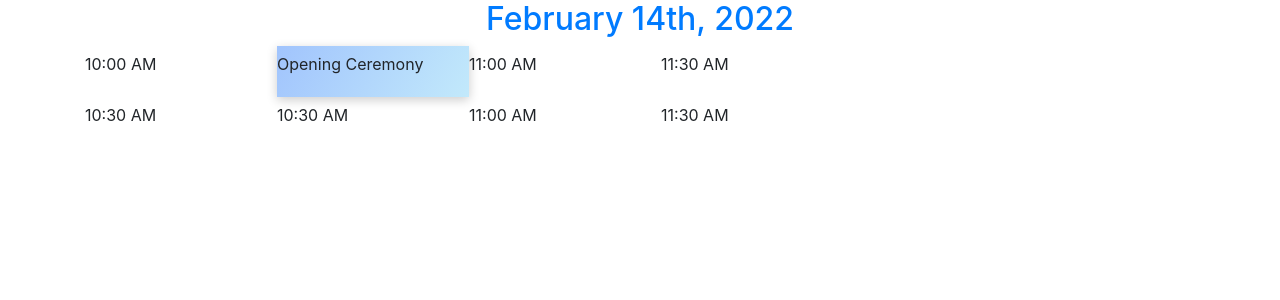
Repository: BaileyLuu/yuHacks2022
Page: public/schedule.html
The author's editor kept a copy of each file at every save. The page is drawn from the files as they stood at one save, then again after the next save.
The browser window is 1280 px wide. The pictures show the whole page.
Some web libraries are served in a nearby version.

Above is the page before, as saved 2021-11-20 12:45:15.

After the next save:
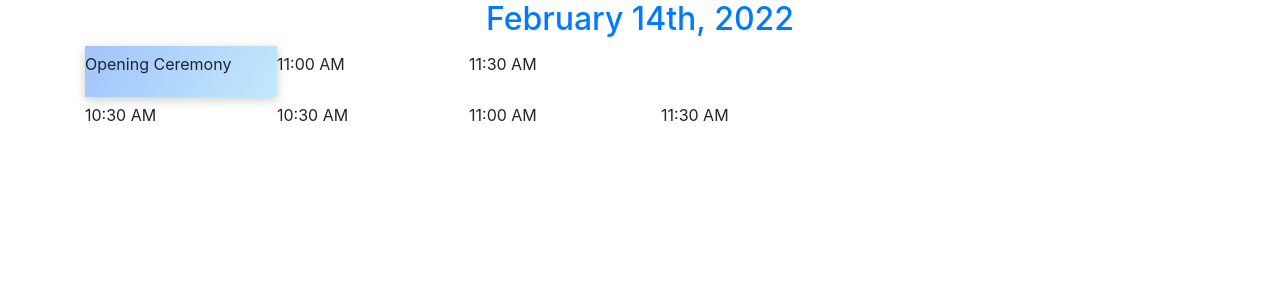
Saved 86 s later.
--- a/public/schedule.css
+++ b/public/schedule.css
@@ -16,7 +16,8 @@
 .session-box{
   background-image: linear-gradient(120deg, #a1c4fd 0%, #c2e9fb 100%);
   box-shadow: 0 3px 10px rgb(0 0 0 / 0.2);
-  display:inline;
+  position: absolute;
+  display: inline-block;
 }
 .schedule-table{
   display:flex;

After the save that followed:
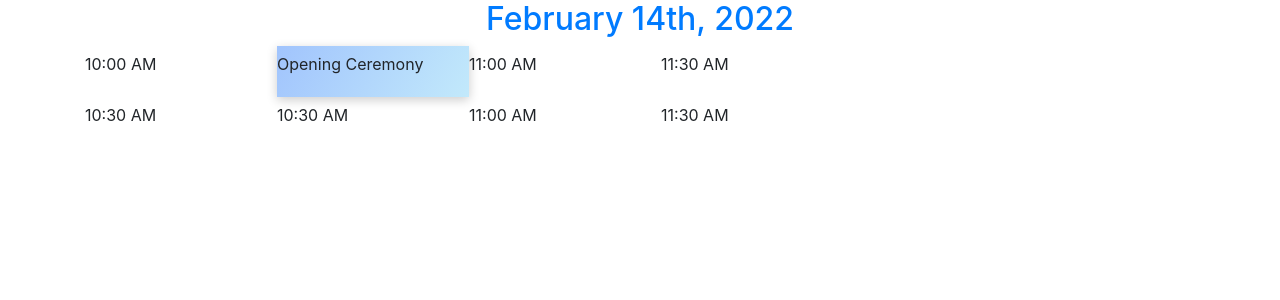
Saved 23 s later.
--- a/public/schedule.css
+++ b/public/schedule.css
@@ -16,7 +16,7 @@
 .session-box{
   background-image: linear-gradient(120deg, #a1c4fd 0%, #c2e9fb 100%);
   box-shadow: 0 3px 10px rgb(0 0 0 / 0.2);
-  position: absolute;
+
   display: inline-block;
 }
 .schedule-table{
